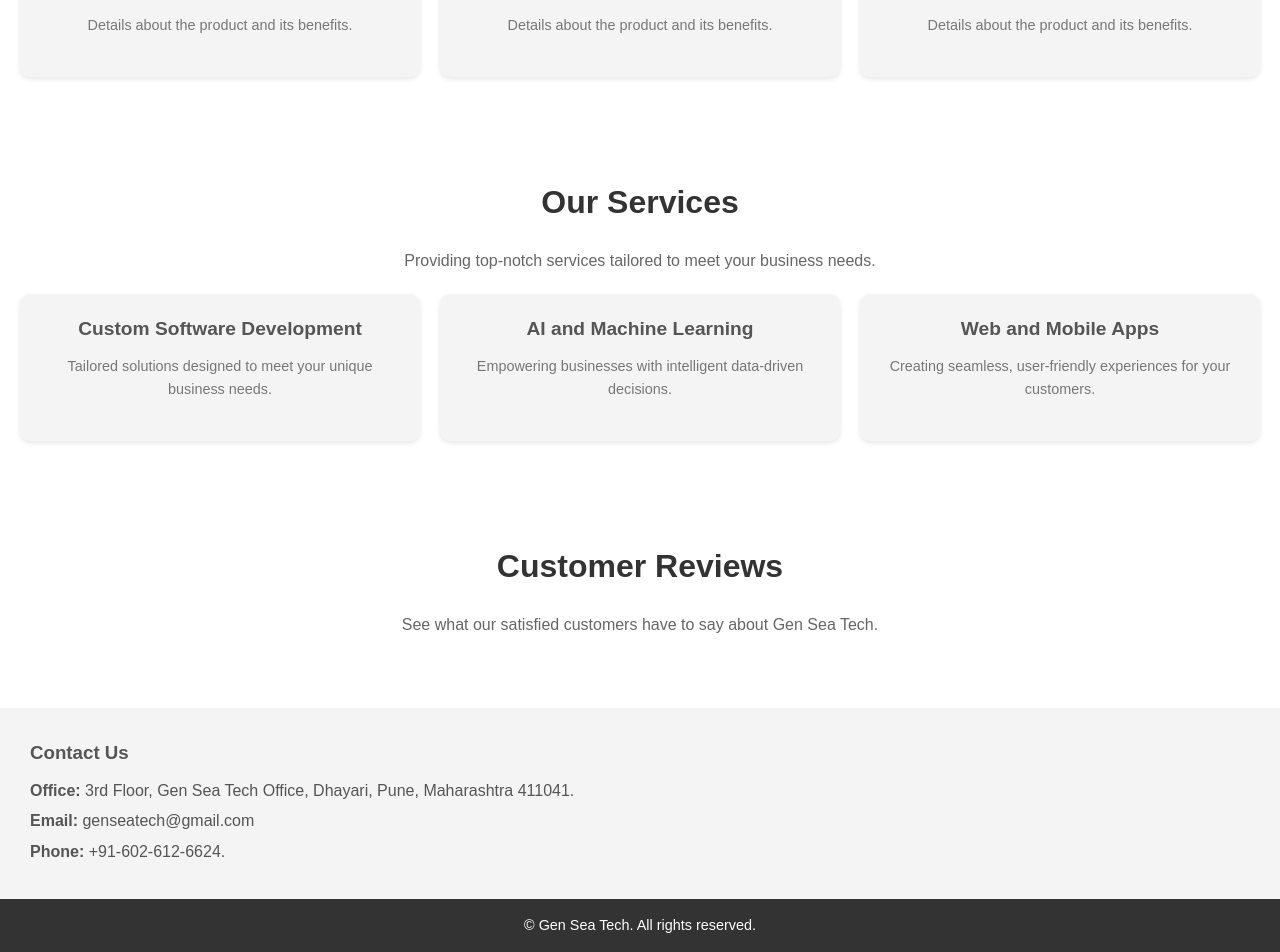
Repository: aniketkhatawkar/Gen_Sea_Tech
Page: http://localhost/GenSeaTech/
These files come from the project's save history. The page is drawn as it stood at one moment and after the next save; the edit follows.
The browser window is 1280 px wide. The pictures show the part of the page from y = 1418 to 2370 px (the page is 2370 px tall).
The page is served by Tomcat 10. Other server files are loaded and not shown.

Above is the page before, as saved 2024-12-16 08:01:24.

### GenSeaTech/src/main/webapp/home.jsp
<!DOCTYPE html>
<html>
<head>
<meta charset="UTF-8">
<meta name="viewport" content="width=device-width, initial-scale=1.0">
<title>Gen Sea Tech</title>
<link rel="icon" href="assets/logo.png" type="image/png" >

<style>
	* {
		margin: 0;
		padding: 0;
		box-sizing: border-box;
		font-family: Arial, sans-serif;
	}

	body {
		line-height: 1.6;
	}

	header p {
        font-size: 1.2rem;
        margin-bottom: 20px;
    }

	.hero {
		height: 90vh;
		background: url('assets/hero-bg.jpg') no-repeat center center/cover;
		color: white;
		display: flex;
		align-items: center;
		justify-content: center;
		text-align: center;
		padding: 20px;
	}

	.hero h1 {
		font-size: 3rem;
	}

	.hero p {
		margin-top: 10px;
		font-size: 1.2rem;
	}

	.section {
		padding: 50px 20px;
		text-align: center;
	}

	.section h2 {
		font-size: 2rem;
		margin-bottom: 20px;
		color: #333;
	}

	.section p {
		margin-bottom: 20px;
		font-size: 1rem;
		color: #666;
	}

	.cards {
		display: grid;
		grid-template-columns: repeat(auto-fit, minmax(300px, 1fr));
		gap: 20px;
		margin-top: 20px;
	}

	.card {
		background: #f4f4f4;
		padding: 20px;
		border-radius: 10px;
		box-shadow: 0 2px 5px rgba(0, 0, 0, 0.1);
	}

	.card h3 {
		margin-bottom: 10px;
		font-size: 1.2rem;
		color: #555;
	}

	.card p {
		font-size: 0.9rem;
		color: #777;
	}

	.contact {
		background: #00bcd4;
		color: #fff;
		padding: 50px 20px;
	}

	.contact h2 {
		margin-bottom: 20px;
	}

	.contact form {
		max-width: 600px;
		margin: 0 auto;
	}

	.contact input, .contact textarea {
		width: 100%;
		padding: 10px;
		margin-bottom: 10px;
		border: none;
		border-radius: 5px;
	}

	.contact button {
		padding: 10px 20px;
		border: none;
		background: #008c9e;
		color: white;
		cursor: pointer;
		border-radius: 5px;
	}

	.contact button:hover {
		background: #006b76;
	}

	.address {
		background: #f4f4f4;
		padding: 30px;
		color: #555;
	}

	.address h3 {
		margin-bottom: 10px;
	}

	.address p {
		margin-bottom: 5px;
	}
</style>
</head>
<body>
	<!-- NavBar -->
	<%@ include file="navbar.jsp" %>

	<!-- Hero Section -->
	<div class="hero">
		<div>
			<h1>Welcome to Gen Sea Tech</h1>
			<p>Innovating for a better tomorrow</p>
		</div>
	</div>

	<!-- Who We Are Section -->
	<div class="section" id="about">
		<h2>Who We Are</h2>
		<p>Gen Sea Tech is a forward-thinking company dedicated to creating cutting-edge technology solutions that simplify and enhance day-to-day life.</p>
	</div>

	<!-- Mission & Vision Section -->
	<div class="section" id="mission-vision">
		<h2>Our Mission & Vision</h2>
		<p><strong>Mission:</strong> To deliver innovative, scalable, and sustainable tech solutions tailored to our clients' needs.</p>
		<p><strong>Vision:</strong> To be a global leader in technology, inspiring progress and driving change through our solutions.</p>
	</div>

	<!-- Products Section -->
	<div class="section" id="products">
		<h2>Our Products</h2>
		<p>Explore our range of innovative products designed to improve efficiency and productivity.</p>
		<div class="cards">
			<div class="card">
				<h3>Product 1</h3>
				<p>Details about the product and its benefits.</p>
			</div>
			<div class="card">
				<h3>Product 2</h3>
				<p>Details about the product and its benefits.</p>
			</div>
			<div class="card">
				<h3>Product 3</h3>
				<p>Details about the product and its benefits.</p>
			</div>
		</div>
	</div>

	<!-- Services Section -->
	<div class="section" id="services">
		<h2>Our Services</h2>
		<p>Providing top-notch services tailored to meet your business needs.</p>
		<div class="cards">
			<div class="card">
				<h3>Custom Software Development</h3>
				<p>Tailored solutions designed to meet your unique business needs.</p>
			</div>
			<div class="card">
				<h3>AI and Machine Learning</h3>
				<p>Empowering businesses with intelligent data-driven decisions.</p>
			</div>
			<div class="card">
				<h3>Web and Mobile Apps</h3>
				<p>Creating seamless, user-friendly experiences for your customers.</p>
			</div>
		</div>
	</div>

	<!-- Testimonials Section -->
	<div class="section" id="testimonials">
		<h2>Customer Reviews</h2>
		<p>See what our satisfied customers have to say about Gen Sea Tech.</p>
	</div>

	<!-- Address Section -->
	<div class="address" id="contact">
		<h3>Contact Us</h3>
		<p><strong>Office:</strong> 3rd Floor, Gen Sea Tech Office, Dhayari, Pune, Maharashtra 411041.</p>
		<p><strong>Email:</strong> genseatech@gmail.com</p>
		<p><strong>Phone:</strong> +91-602-612-6624.</p>
	</div>

	<!-- Footer -->
	<%@ include file="footer.jsp" %>
</body>
</html>

### GenSeaTech/src/main/webapp/navbar.jsp
<%@ page language="java" contentType="text/html; charset=UTF-8"
    pageEncoding="UTF-8"%>
<!DOCTYPE html>
<html>
<head>
<meta charset="UTF-8">
<title>Gen Sea Tech</title>
<link rel="icon" href="assets/logo.png" type="image/png" >
<style>
* {
	margin: 0;
	padding: 0;
	box-sizing: border-box;
	font-family: Arial, sans-serif;
}

body {
	line-height: 1.6;
}
.navbar {
	background-color: #ffffff;
	color: #fff;
	padding: 5px 5px;
	display: flex;
	justify-content: space-between;
	align-items: center;
	position: relative;
}

.navbar a {
	color: #40c4ff;
	text-decoration: none;
	margin: 0 20px;
	font-weight: bold;
}

.navbar a:hover {
	color: #757575;
}

.links {
	display: flex;
}
@media (max-width: 768px) {
	.links {
		display: none;
		flex-direction: column;
		background-color: #333;
		position: absolute;
		top: 50px;
		right: 10px;
		width: 200px;
		border-radius: 5px;
		box-shadow: 0px 4px 6px rgba(0, 0, 0, 0.1);
	}

	.links a {
		margin: 10px 0;
		text-align: center;
	}

	.hamburger {
		display: flex;
	}

	.links.active {
		display: flex;
	}
}
</style>
</head>
<body>
	<div class="navbar">
		<div class="logo">
        <a href="home.jsp"><img src="assets/namelogo.png" alt="Gen Sea Tech Logo" style="height: 60px; margin-right: 10px;"></a>
    	</div>
		<div class="links">
			<a href="home.jsp">Home</a>
			<a href="services.jsp">Services</a>
			<a href="products.jsp">Products</a>
			<a href="connectus.jsp">Connect Us</a>
			<a href="about.jsp">About</a>
			<a href="#support.jsp">Support</a>
		</div>
	</div>
</body>
</html>

### GenSeaTech/src/main/webapp/footer.jsp
<%@ page language="java" contentType="text/html; charset=UTF-8"
    pageEncoding="UTF-8"%>
<!DOCTYPE html>
<html>

<head>

<style>
	footer {
        background-color: #333;
        color: white;
        text-align: center;
        padding: 15px;
        margin-top: 0px;
    }

    footer p {
        font-size: 0.9rem;
    }
</style>

	<meta charset="UTF-8">
	<title>Footer</title>
</head>

<body>
	<footer>
        <p>&copy; Gen Sea Tech. All rights reserved.</p>
    </footer>
</body>

</html>

After the next save:
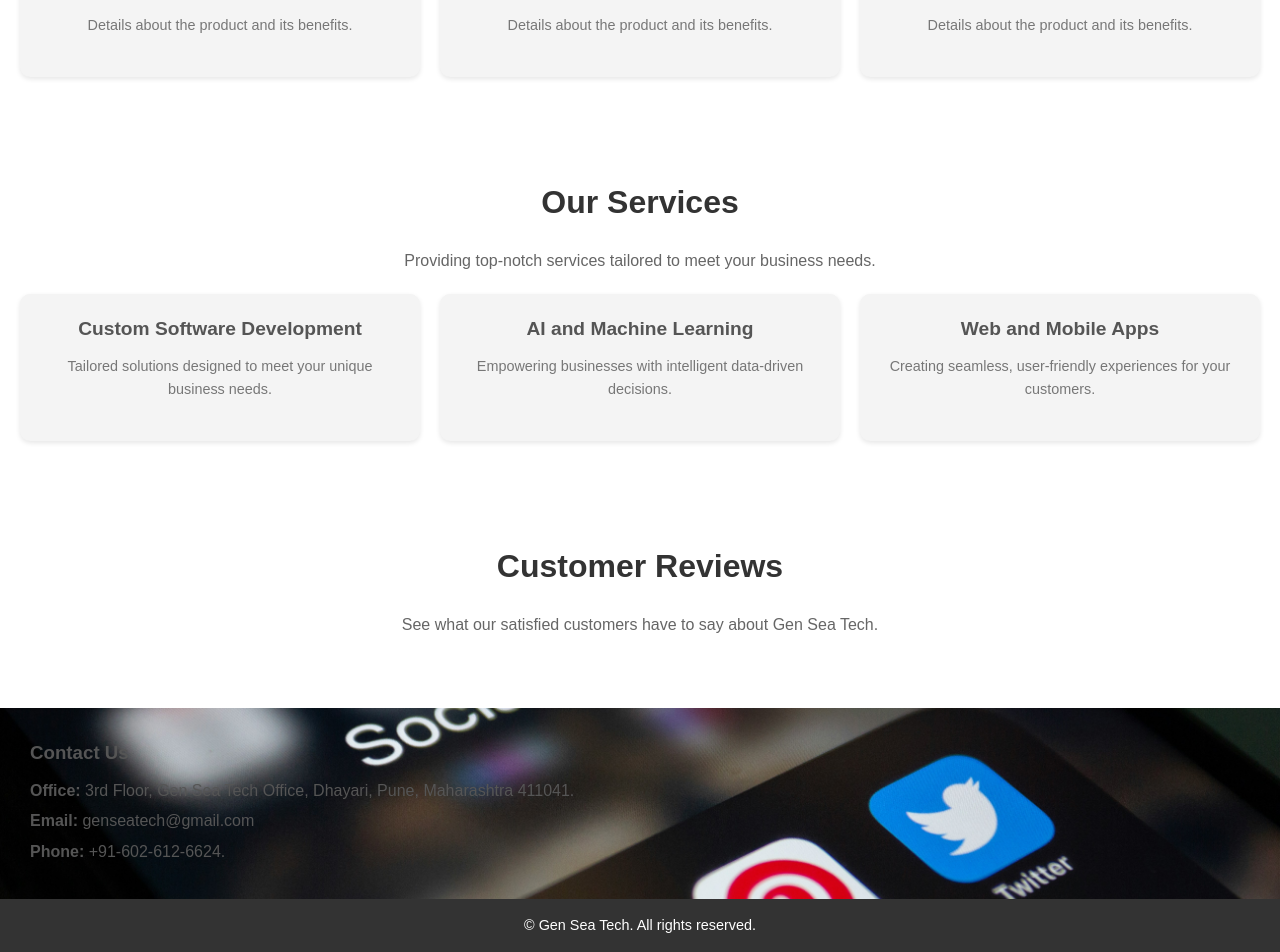
Saved 6 min 47 s later.
--- a/GenSeaTech/src/main/webapp/home.jsp
+++ b/GenSeaTech/src/main/webapp/home.jsp
@@ -122,7 +122,9 @@
 	}
 
 	.address {
-		background: #f4f4f4;
+		background:  url("assets/connect.jpg") no-repeat center center;
+	    background-size: cover;
+	    object-fit: cover;
 		padding: 30px;
 		color: #555;
 	}
